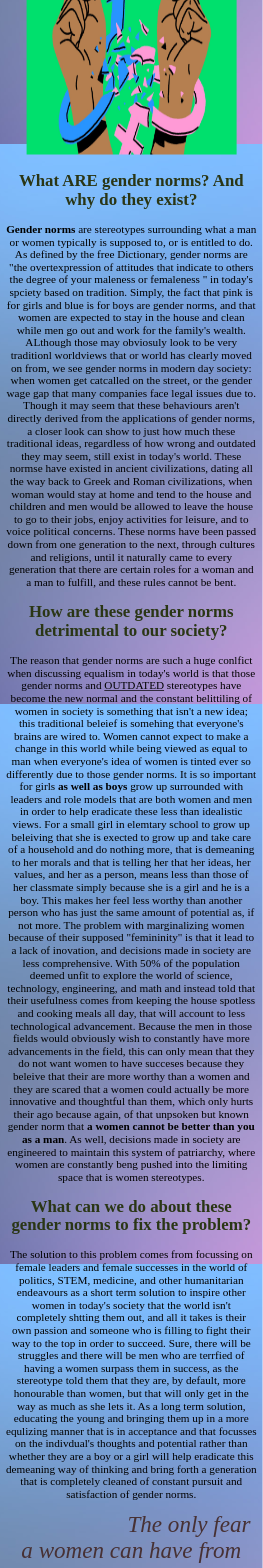
Repository: Lujaina-E/womens-rights-site
Page: gendernorms.html
The author's editor kept a copy of each file at every save. The page is drawn from the files as they stood at one save, then again after the next save.
The browser window is 375 px wide. The pictures show the part of the page from y = 594 to 2834 px (the page is 2947 px tall before and 3288 px after), at 70% of full size.
Backgrounds fixed to the window are drawn as part of the page.

Above is the page before, as saved 2022-07-26 00:07:44.

After the next save:
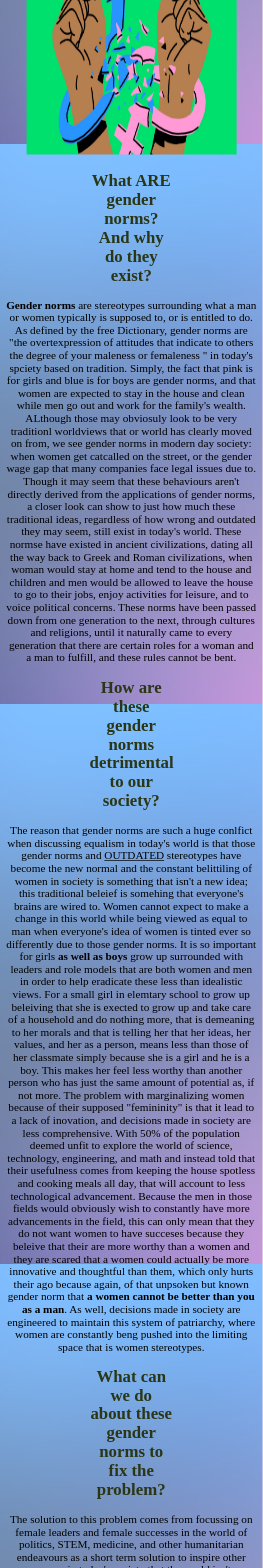
Saved 48 s later.
--- a/gendernormsStyle.css
+++ b/gendernormsStyle.css
@@ -1,79 +1,83 @@
-            body {
-                font-family: Times New Roman;
-                text-align: center;
-                background-color: lavenderblush;
-                background-image: url('Pictures/backdrop.jpg');
-                background-repeat: no-repeat;
-                background-position: center center;
-                background-size: cover;
-                background-attachment: fixed;
-            }
+body {
+    font-family: Times New Roman;
+    text-align: center;
+    background-color: lavenderblush;
+    background-image: url('Pictures/backdrop.jpg');
+    background-repeat: no-repeat;
+    background-position: center center;
+    background-size: cover;
+    background-attachment: fixed;
+}
 
-            #pageTitle {
-                 color: rgb(68, 55, 146);
-            }
+#pageTitle {
+      color: rgb(68, 55, 146);
+}
 
-            #photoID {
-                width: 300px;
-                height: 300px;
-            }
+#photoID {
+    width: 300px;
+    height: 300px;
+}
 
-            .heads{
-                color:rgb(42, 54, 21);
-            }
+.heads{
+    color:rgb(42, 54, 21);
+}
 
-            body > i{
-                font-size: 33px;
-                color: rgb(71, 49, 52);
-                margin-left: 5em;
-                margin-right: 5em;
-            }
+body > i{
+    font-size: 33px;
+    color: rgb(71, 49, 52);
 
-            .topnav {
-                overflow: hidden;
-              }
+}
 
-              .topnav a {
-                float: left;
-                display: block;
-                color: rgba(247, 235, 235, 0.829);
-                text-align: center;
-                padding: 14px 16px;
-                text-decoration: none;
-                font-size: 17.5px;
-              }
+.topnav {
+  overflow: hidden;
+}
 
-              .topnav a:hover {
-                color: rgb(88, 26, 26);
-              }
+.topnav a {
+  float: left;
+  display: block;
+  color: rgba(247, 235, 235, 0.829);
+  text-align: center;
+  padding: 14px 16px;
+  text-decoration: none;
+  font-size: 17.5px;
+}
 
-              .topnav a.active {
-                background-color: #643324;
-                color: rgba(247, 235, 235, 0.829);
-              }
+.topnav a:hover {
+  color: rgb(88, 26, 26);
+}
 
-              .topnav .icon {
-                display: none;
-              }
+.topnav a.active {
+  background-color: #643324;
+  color: rgba(247, 235, 235, 0.829);
+}
 
-                @media screen and (max-width: 600px) {
-                    .topnav a:not(:first-child) {display: none;}
-                    .topnav a.icon {
-                    float: right;
-                    display: block;
-                    }
-                }
+.topnav .icon {
+  display: none;
+}
 
-                @media screen and (max-width: 600px) {
-                    .topnav.responsive {position: relative;}
-                    .topnav.responsive a.icon {
-                    position: absolute;
-                    right: 0;
-                    top: 0;
-                    }
-                    .topnav.responsive a {
-                    float: none;
-                    display: block;
-                    text-align: left;
-                    }
-                }
+@media screen and (max-width: 600px) {
+    .topnav a:not(:first-child) {display: none;}
+    .topnav a.icon {
+    float: right;
+    display: block;
+    }
+}
+
+@media screen and (max-width: 600px) {
+    .topnav.responsive {position: relative;}
+    .topnav.responsive a.icon {
+    position: absolute;
+    right: 0;
+    top: 0;
+    }
+    .topnav.responsive a {
+    float: none;
+    display: block;
+    text-align: left;
+    }
+}
+
+h2{
+  margin-left: 5em;
+  margin-right: 5em;
+}
